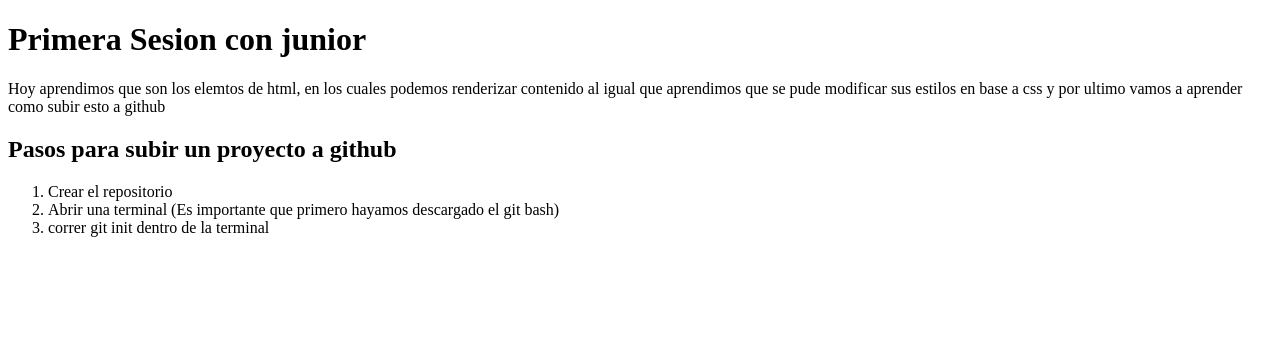
Repository: Scripter-Automation/Muestra-para-Junior
Page: Index.html
An editor plug-in stored every save of this project. The page is shown before and after the next save, followed by the edit.
The browser window is 1280 px wide. The pictures show the whole page.

Above is the page before, as saved 2022-02-27 21:52:03.

After the next save:
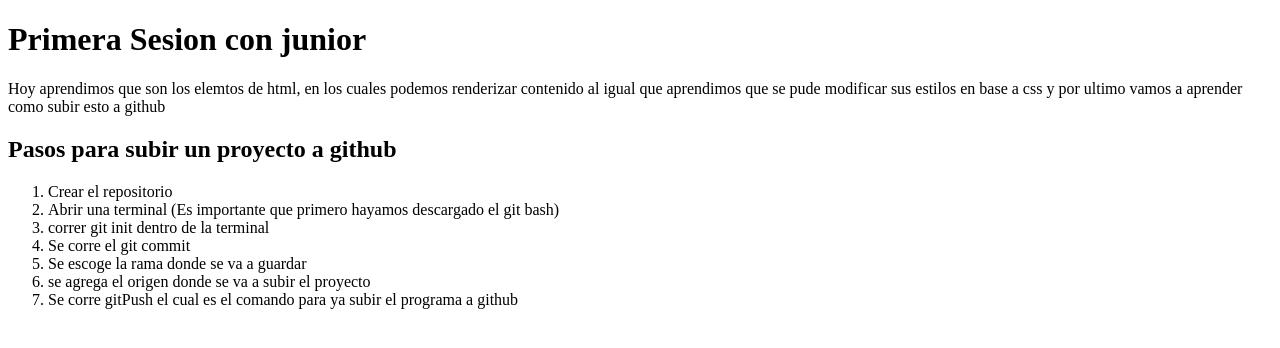
Saved 2 min 58 s later.
--- a/Index.html
+++ b/Index.html
@@ -22,6 +22,10 @@
         <li>Crear el repositorio</li>
         <li>Abrir una terminal (Es importante que primero hayamos descargado el git bash)</li>
         <li>correr git init dentro de la terminal</li>
+        <li>Se corre el git commit</li>
+        <li>Se escoge la rama donde se va a guardar</li>
+        <li>se agrega el origen donde se va a subir el proyecto</li>
+        <li>Se corre gitPush el cual es el comando para ya subir el programa a github</li>
     </ol>
 
 </body>
